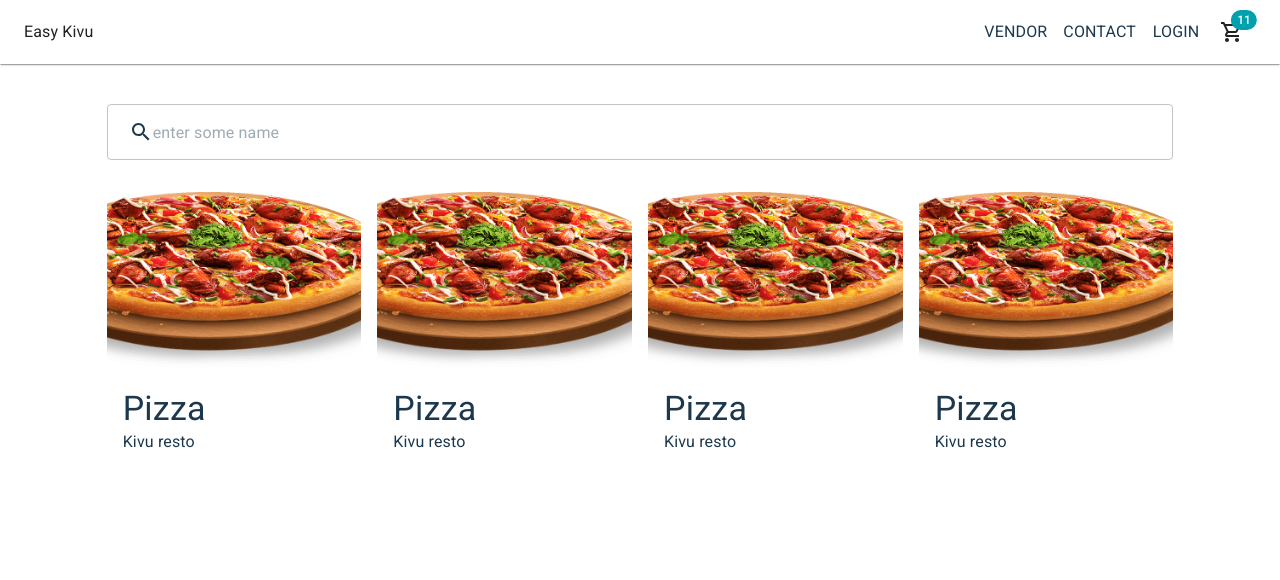
Repository: kilamaelie/jokes-dapp
Page: /
The author's editor kept a copy of each file at every save. The page is drawn from the files as they stood at one save, then again after the next save.
The browser window is 1280 px wide. The pictures show the whole page.
The project was rebuilt for these pictures with package versions that can differ from the ones it lists, and the page was loaded fresh each time. Also part of the build but not shown: src/ui/page/dashboard/dashboard.js.

Above is the page before, as saved 2021-06-28 02:03:30.

After the next save:
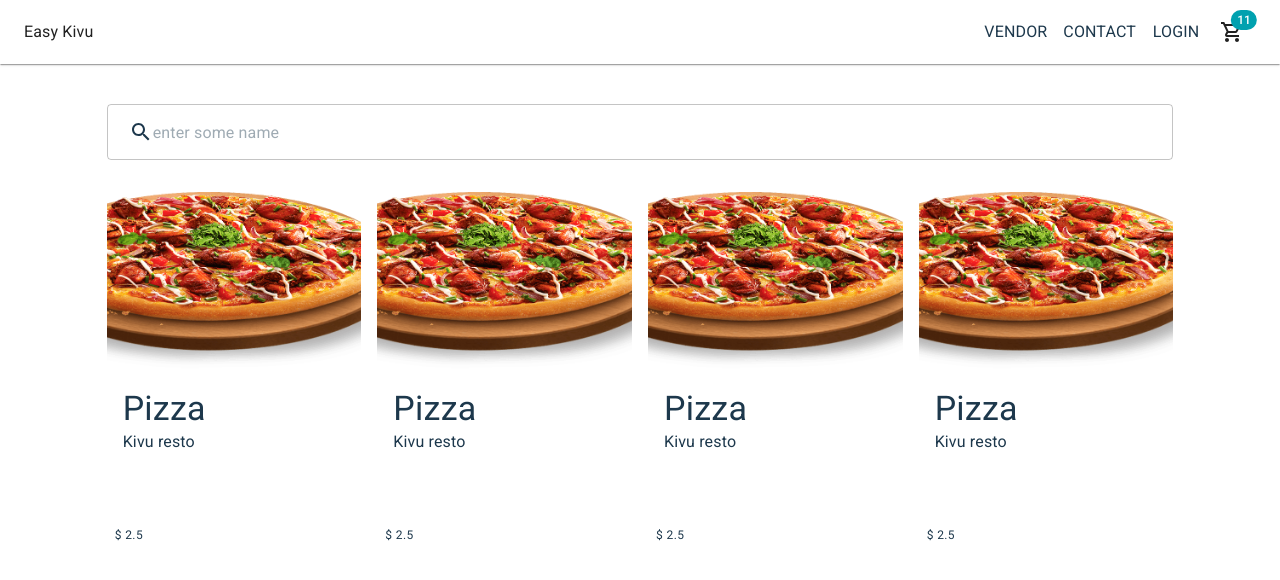
Saved 35 s later.
--- a/src/ui/page/website/screen/widget/card.js
+++ b/src/ui/page/website/screen/widget/card.js
@@ -34,7 +34,7 @@ const CardItem =()=>{
           <Grid container>
             <Grid item sm={6} md={6} xs={6} justify="center">
               <Typography variant="caption">
-
+                $ 2.5
               </Typography>
             </Grid>
             <Grid item md={6} xs={6}>
